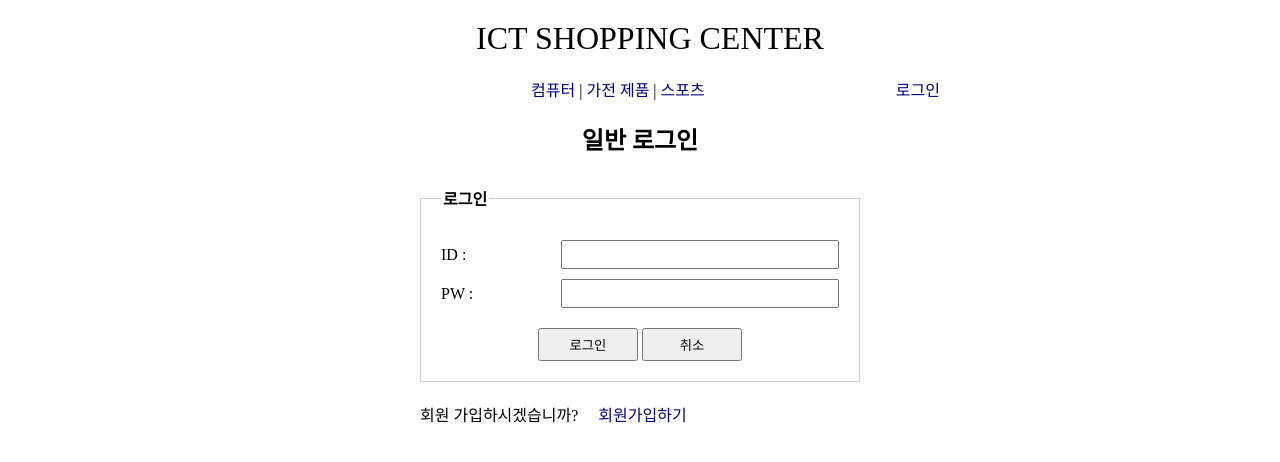
Repository: xlz5000/ICT
Page: http://localhost/spring_mvc02/WEB-INF/views/day09/joinForm.jsp
The author's editor kept a copy of each file at every save. The page is drawn from the files as they stood at one save, then again after the next save.
The browser window is 1280 px wide. The pictures show the whole page.
The page is served by Tomcat 9. Nobody is signed in. The template is opened directly, without the code that normally fills it, so the values that code supplies are empty.

Above is the page before, as saved 2025-04-17 06:37:39.

After the next save:
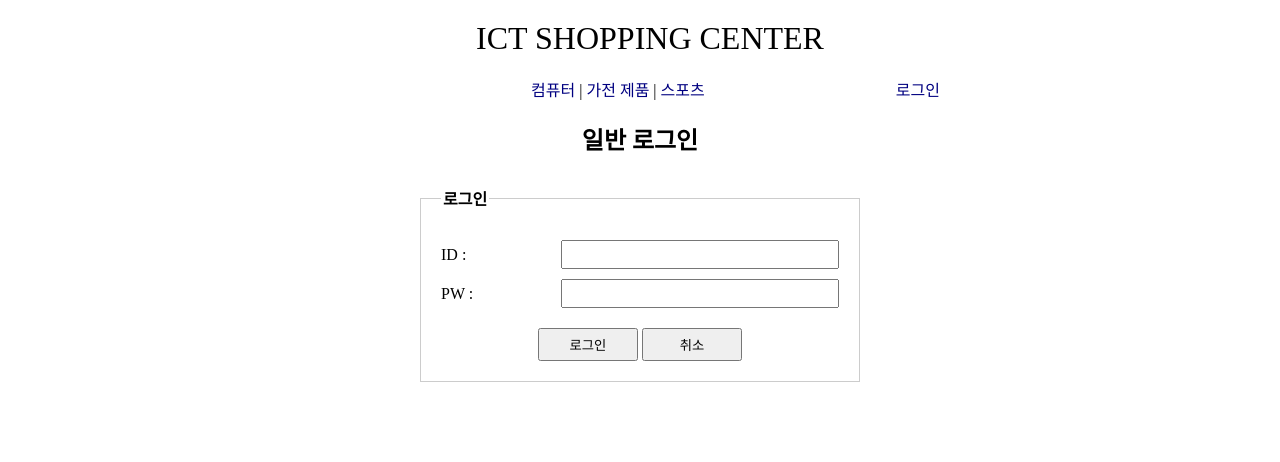
Saved 24 s later.
--- a/spring_mvc02/src/main/webapp/WEB-INF/views/day09/joinForm.jsp
+++ b/spring_mvc02/src/main/webapp/WEB-INF/views/day09/joinForm.jsp
@@ -115,10 +115,7 @@ margin-left: 20px;
 			</fieldset>
 
 		</form>
-		<div>
-			회원 가입하시겠습니까?<span><a href="/members_join">회원가입하기</a></span>
 
-		</div>
 
 	</div>
 </div>
